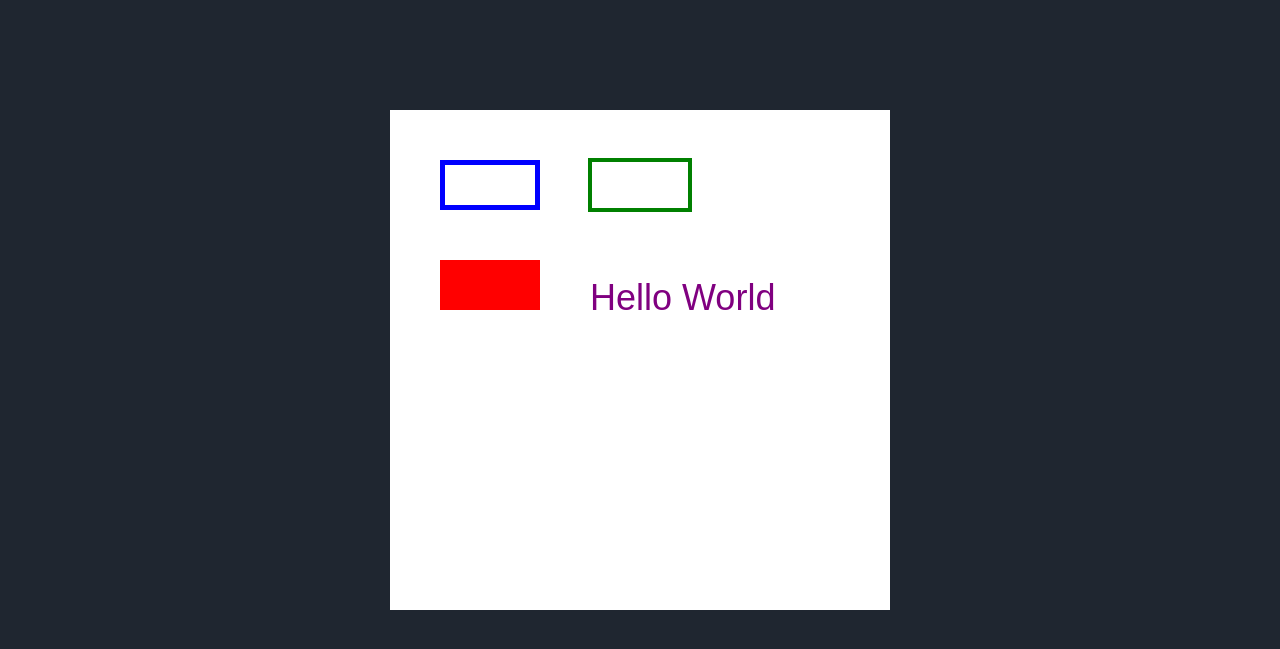
Repository: thecodeholic/cst-javascript-course
Page: /
The author's editor kept a copy of each file at every save. The page is drawn from the files as they stood at one save, then again after the next save.
The browser window is 1280 px wide. The pictures show the whole page.
The project was rebuilt for these pictures with package versions that can differ from the ones it lists, and the page was loaded fresh each time.

Above is the page before, as saved 2020-11-25 09:41:40.

### index.html
<!doctype html>
<html lang="en">
  <head>
    <!-- Required meta tags -->
    <meta charset="utf-8">
    <meta name="viewport" content="width=device-width, initial-scale=1, shrink-to-fit=no">

    <!-- Bootstrap CSS -->
    <link rel="stylesheet" href="https://stackpath.bootstrapcdn.com/bootstrap/4.5.2/css/bootstrap.min.css" integrity="sha384-JcKb8q3iqJ61gNV9KGb8thSsNjpSL0n8PARn9HuZOnIxN0hoP+VmmDGMN5t9UJ0Z" crossorigin="anonymous">

    <title>Javascript Course</title>

    <link rel="stylesheet" href="app.css">
  </head>
  <body>
    <canvas id="myCanvas" width="500" height="500">Your browser does not support canvas</canvas>
    <script src="app.js"></script>
    <!-- <script src="homework.js"></script> -->
  </body>
</html>

### app.css
* {
    box-sizing: border-box;
}
html {
    height: 100%;
}

body {
    background-color: rgb(31, 38, 48);
    display: flex;
    align-items: center;
    justify-content: center;
    height: 100%;;
}

canvas {
    background-color: #FFF;

}

### app.js
// What is canvas?
// https://developer.mozilla.org/en-US/docs/Web/API/Canvas_API/Tutorial
// https://www.w3schools.com/html/html5_canvas.asp
// https://www.w3schools.com/graphics/canvas_intro.asp
// https://www.w3schools.com/graphics/canvas_reference.asp
// https://developer.mozilla.org/en-US/docs/Web/API/Canvas_API

// How to create it and use it
const canvas = document.getElementById('myCanvas');
const ctx = canvas.getContext('2d');

// Draw rectangles
// =================
// fillRect
ctx.fillStyle = 'blue';
ctx.fillRect(50, 50, 100, 50);
ctx.fillStyle = 'red';
ctx.fillRect(50, 150, 100, 50)

// strokeRect
ctx.strokeStyle = 'green';
ctx.lineWidth = 4;
ctx.strokeRect(200, 50, 100, 50);

// clearRect
ctx.clearRect(55, 55, 90, 40);

// fillText
ctx.font = '36px Arial';
ctx.fillStyle = 'purple';
ctx.fillText("Hello World", 200, 200)

// strokeText

// Paths   beginPath, moveTo, lineTo, closePath, stroke, fill
// ==============

// Arcs
// ====================

// Draw image
// ====================

// Write text
// ====================

// Ball animation

Loaded but not shown: src/index.js (no copy from this time; the picture is the same without it)

After the next save:
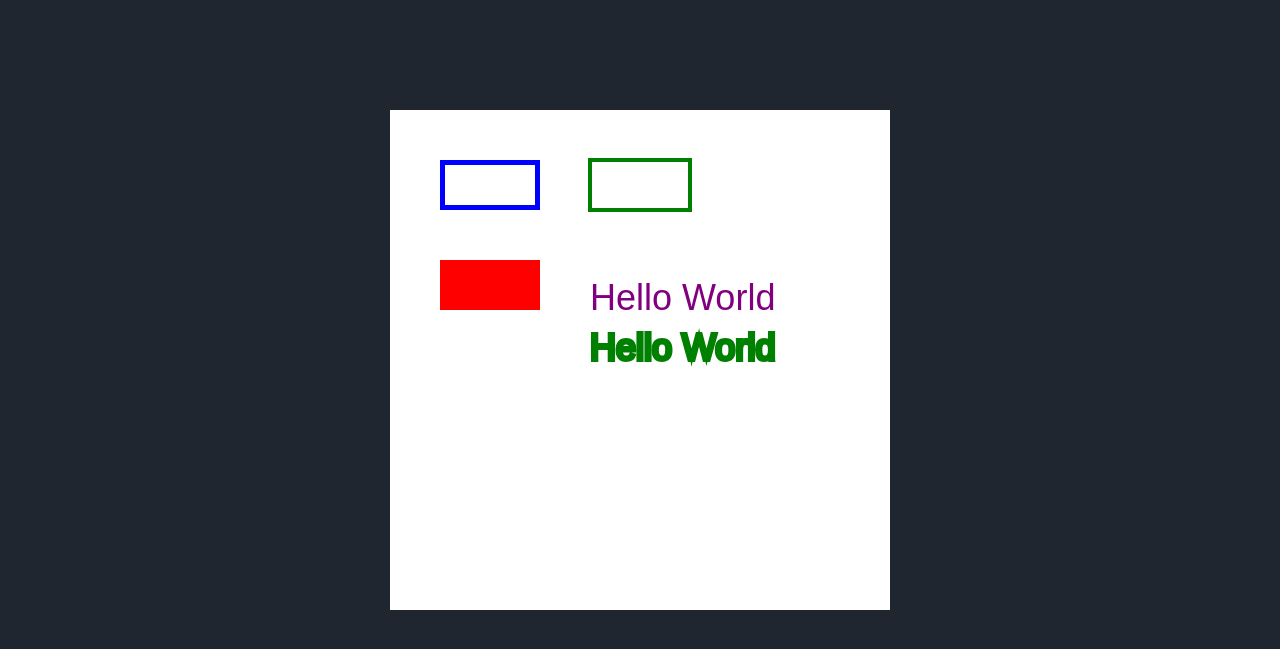
Saved 31 s later.
--- a/app.js
+++ b/app.js
@@ -31,6 +31,7 @@ ctx.fillStyle = 'purple';
 ctx.fillText("Hello World", 200, 200)
 
 // strokeText
+ctx.strokeText("Hello World", 200, 250);
 
 // Paths   beginPath, moveTo, lineTo, closePath, stroke, fill
 // ==============
